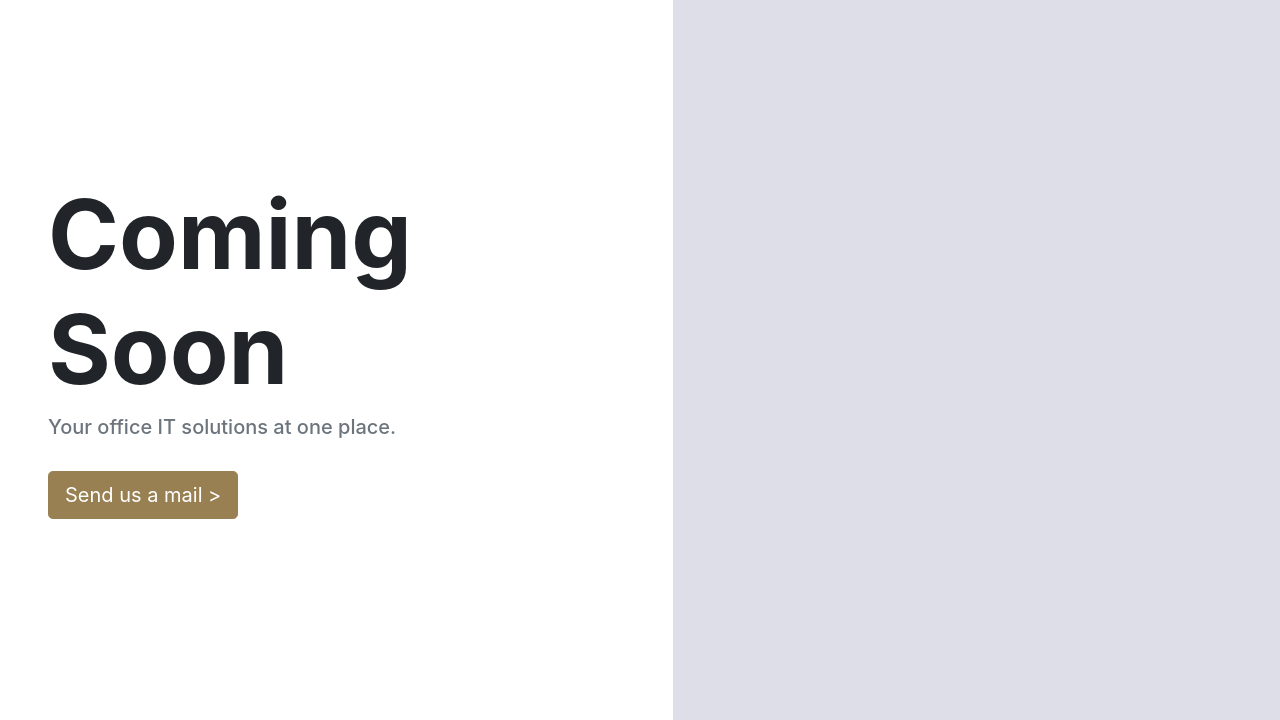
Repository: Thekxgh/website
Page: /
The author's editor kept a copy of each file at every save. The page is drawn from the files as they stood at one save, then again after the next save.
The browser window is 1280 px wide. The pictures show the whole page.
The project was rebuilt for these pictures with package versions that can differ from the ones it lists, and the page was loaded fresh each time.

Above is the page before, as saved 2021-07-14 09:41:37.

### src/index.scss
$primary: #998053;
$dark: #050507;
$light-primary-bg: #DDDEE7;
$light-primary: #DDDEE7;
$theme-colors: (
    "primary": $primary,
    "info": $light-primary,
    "danger": teal,
    "dark": $dark
);

@import '~bootstrap/scss/bootstrap.scss';
body {
  margin: 0;
  font-family: -apple-system, BlinkMacSystemFont, 'Segoe UI', 'Roboto', 'Oxygen',
    'Ubuntu', 'Cantarell', 'Fira Sans', 'Droid Sans', 'Helvetica Neue',
    sans-serif;
  -webkit-font-smoothing: antialiased;
  -moz-osx-font-smoothing: grayscale;
}

code {
  font-family: source-code-pro, Menlo, Monaco, Consolas, 'Courier New',
    monospace;
}

### src/App.tsx
import React from 'react';
import { LandingPage } from './presentation/LandingPage';

function App() {
  return (
    <LandingPage />
  );
}

export default App;

### src/presentation/LandingPage.tsx
import { Col, Container, Row } from "react-bootstrap"

export const LandingPage = () => {
    return (
    <Container fluid>
        <Row className="min-vh-100 align-items-center">
            <Col className="p-5">
                <h1 className="display-1 font-weight-bold">Coming Soon</h1>
                <h5 className="text-muted">Your office IT solutions at one place.</h5>
                <a className="btn btn-primary btn-lg my-4" href="mailto:contact@thekxgh.com"> Send us a mail {'>'} </a>
            </Col>
            <Col className="bg-info min-vh-100">

            </Col>
        </Row>
    </Container>
    );
}

Loaded but not shown: public/index.html (common file); src/index.tsx (common file)

After the next save:
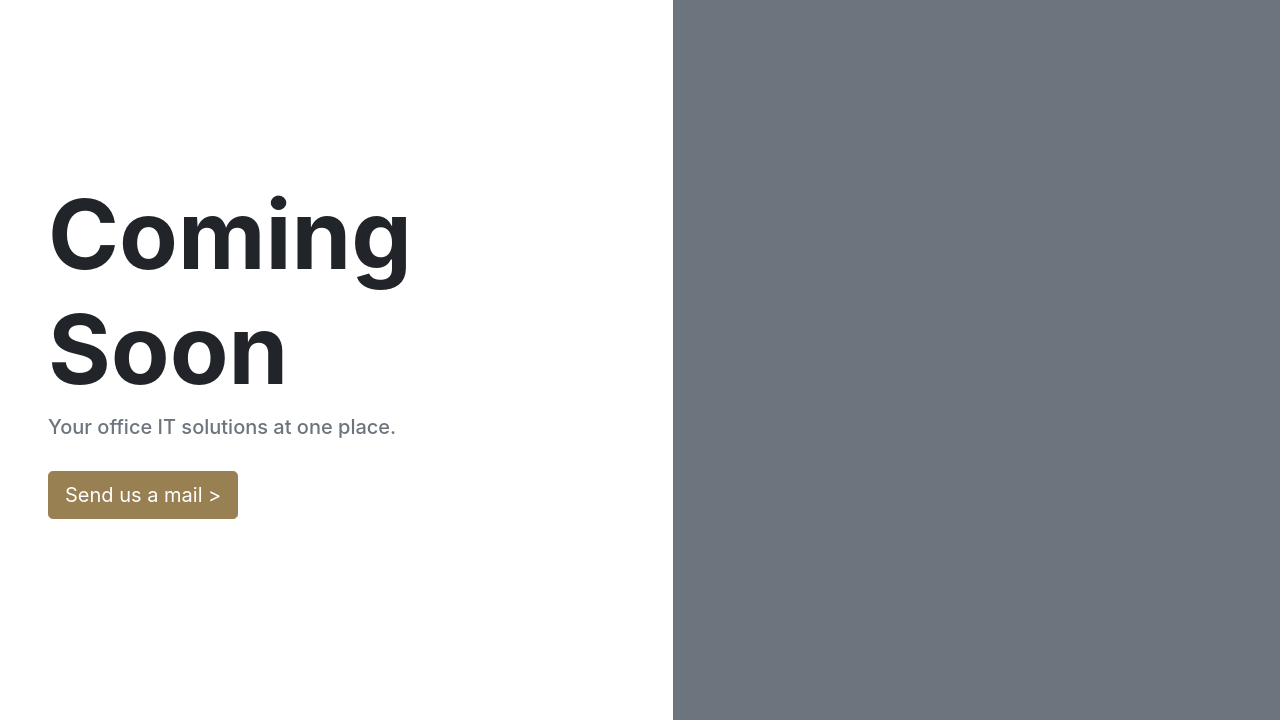
Saved 5 s later.
--- a/src/presentation/LandingPage.tsx
+++ b/src/presentation/LandingPage.tsx
@@ -9,7 +9,7 @@ export const LandingPage = () => {
                 <h5 className="text-muted">Your office IT solutions at one place.</h5>
                 <a className="btn btn-primary btn-lg my-4" href="mailto:contact@thekxgh.com"> Send us a mail {'>'} </a>
             </Col>
-            <Col className="bg-info min-vh-100">
+            <Col className="bg-secondary min-vh-100">
 
             </Col>
         </Row>
